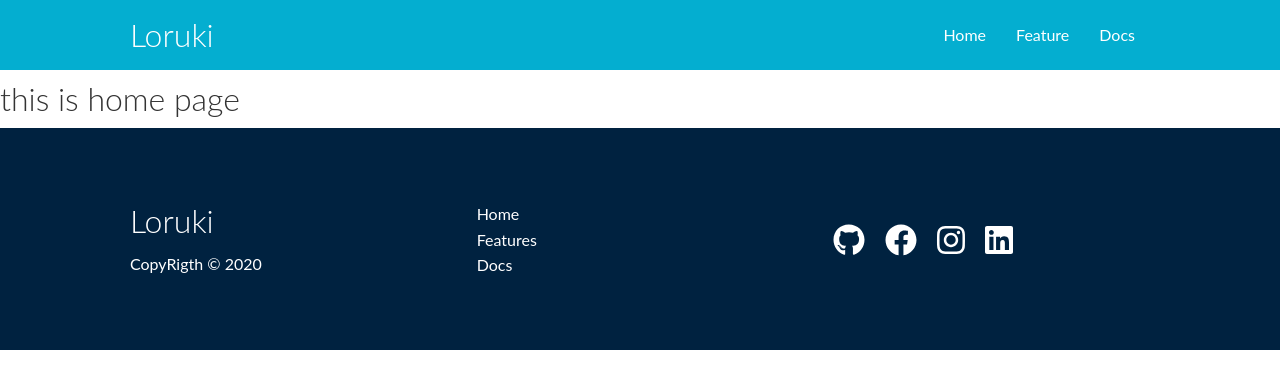
Repository: MosiurRrahman/loruki-app-reactjs
Page: /
An editor plug-in stored every save of this project. The page is shown before and after the next save, followed by the edit.
The browser window is 1280 px wide. The pictures show the whole page.
The project was rebuilt for these pictures with package versions that can differ from the ones it lists, and the page was loaded fresh each time. Also part of the build but not shown: src/components/app.jsx.

Above is the page before, as saved 2021-10-05 15:48:28.

After the next save:
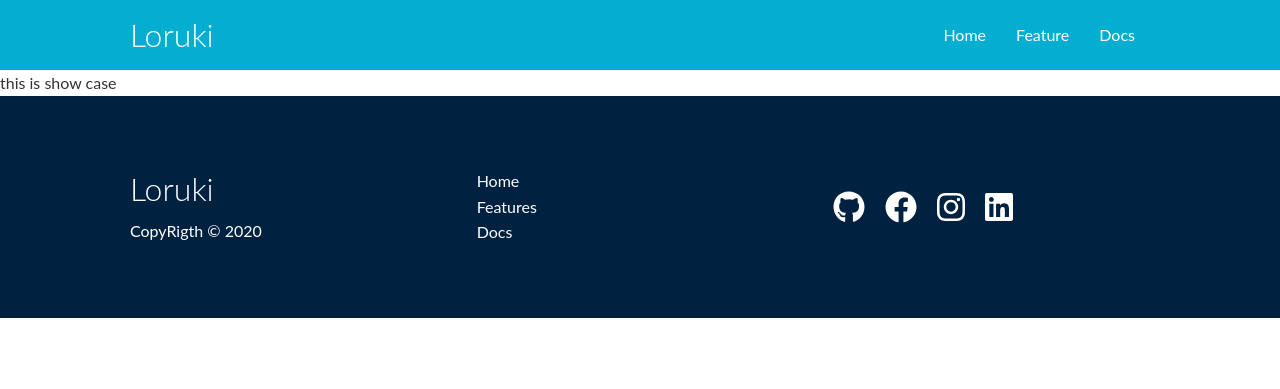
Saved 39 s later.
--- a/src/components/pages/home/HomePage.js
+++ b/src/components/pages/home/HomePage.js
@@ -1,4 +1,5 @@
 import React, { Component } from 'react';
+import ShowCase from './ShowCase';
 
 class HomePage extends Component {
     constructor(props){
@@ -9,9 +10,9 @@ class HomePage extends Component {
     }
     render() {
         return (
-            <div>
-                <h1>this is home page</h1>
-            </div>
+            <>
+            <ShowCase/>
+            </>
         );
     }
 }
